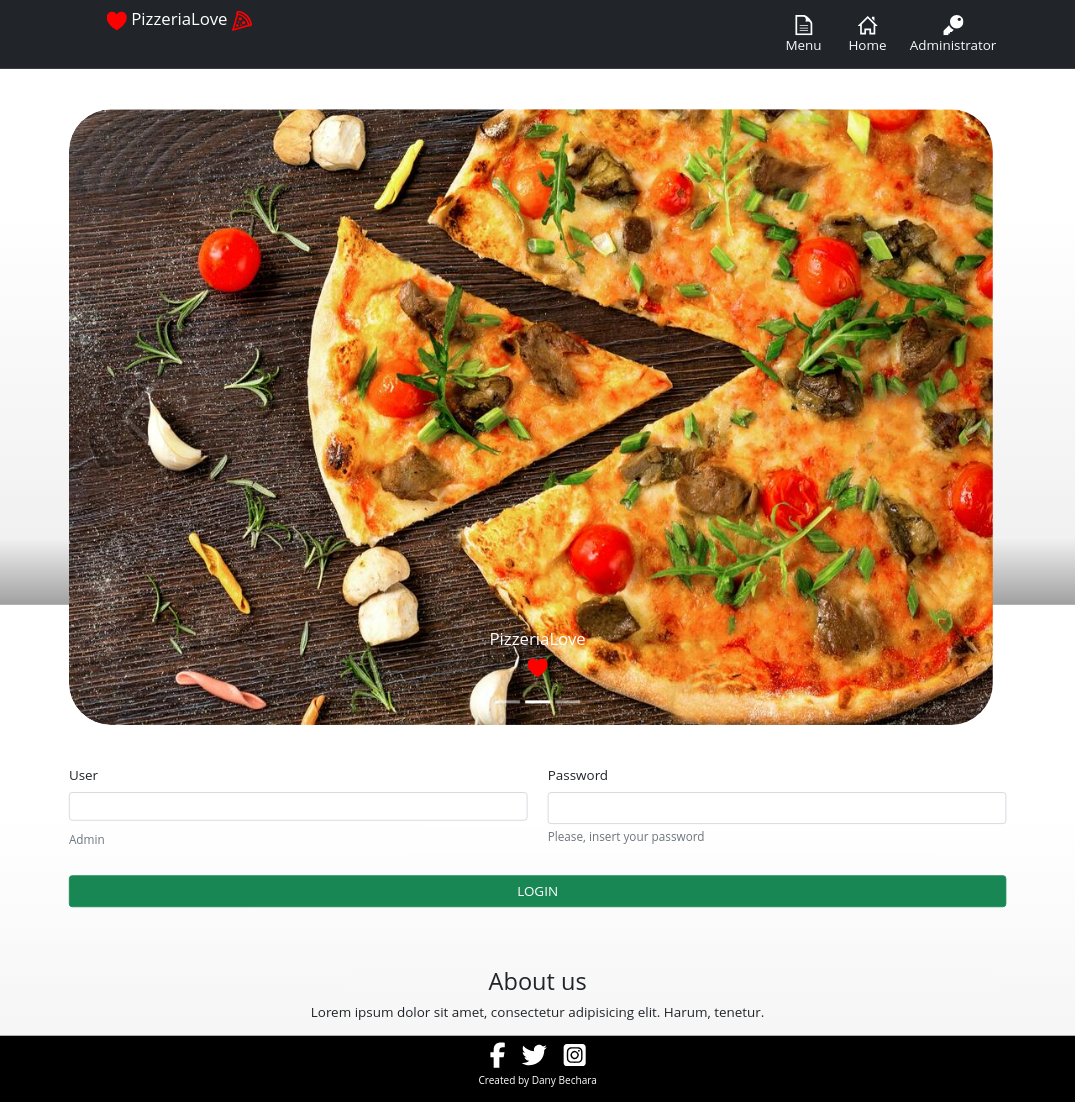
Repository: bechara611/PizzeriaLove
Page: /administrador
These files come from the project's save history. The page is drawn as it stood at one moment and after the next save; the edit follows.
The browser window is 1280 px wide. The pictures show the whole page, at 84% of full size.
The page's requests for data from a server got no answer. Backgrounds fixed to the window are drawn as part of the page. The project was rebuilt for these pictures with package versions that can differ from the ones it lists, and the page was loaded fresh each time. No one was signed in, and anything a server would have sent is missing. Also part of the build but not shown: src/App.css, src/App.js, src/Componentes/Menu.css, src/Firebase/Borrar.js, src/Componentes/Galeria.js, src/Componentes/Menu.js, src/Componentes/FormularioAgregarMenu.css, src/Elementos/Alerta.js and 1 more.

Above is the page before, as saved 2022-02-26 10:39:44.

### src/index.js
import React,{useState} from 'react';
import ReactDOM from 'react-dom';
import './index.css';
import 'bootstrap/dist/css/bootstrap.css'
import 'bootstrap/dist/js/bootstrap.bundle.min';
import Header from './Componentes/Header';
import {BrowserRouter,Route, Routes,NavLink} from 'react-router-dom'
import {App,App2} from './App';
import WebFont from 'webfontloader'
import './index.css'
import Carousel from './Componentes/Carousel';
import Menu from './Componentes/Menu';
import Footer from './Componentes/Footer';
import { FormularioAgregarMenu } from './Componentes/FormularioAgregarMenu';
import Galeria from './Componentes/Galeria';
import Descripcion from './Componentes/Descripcion';

WebFont.load({
  google: {
    families: ['Open Sans:400,500,700', 'Sans-serif']
  }
});

const Index = () => {
  const [administrador,cambiaradministrador]=useState(false);
  const [admin,cambiaradmin]=useState('');
  return (
  <BrowserRouter>
     <Header administrador={administrador} cambiaradministrador={cambiaradministrador} cambiaradmin={cambiaradmin} admin={admin}></Header>
   {admin==='admin' ? <h2 className='my-5 tittle text-dark text-center'>ADMIN</h2>:<></>}
     <Carousel></Carousel>

    <Routes>
    <Route path='/' element={<Menu borrar={false} />} ></Route>
    <Route path='/administrador' element={<FormularioAgregarMenu />} ></Route>
    <Route path='/inicio' element={<Menu borrar={false} />} ></Route>
    </Routes>

    <Descripcion></Descripcion>
    <Footer></Footer>
    </BrowserRouter>
    );
}


ReactDOM.render(

  <Index />,
  document.getElementById('root')
);

### src/index.css
* {
  margin: 0;
  font-family:'Open Sans';
  /* Permalink - use to edit and share this gradient: https://colorzilla.com/gradient-editor/#ffffff+0,ffffff+100&1+0,0+100;White+to+Transparent */



}


body
{
  background: rgb(255,255,255);
  background: linear-gradient(180deg, rgba(255,255,255,1) 0%, rgba(255,255,255,1) 35%, rgba(242,241,241,1) 89%, rgba(10,10,10,0.38699229691876746) 100%);

  background-attachment:fixed;
}

### src/Componentes/Header.js
import {NavLink} from 'react-router-dom'
import styled from 'styled-components';
import { BotonTipoNavLink,BotonTipoNavLinkA } from '../Elementos/BotonTipoNavLink';
import {Pizza2,Administrador2,Inicio2,Menu2,Contacto2,Heart2,Casita2}from '../Elementos/ImagenesSVG';
import {App,App2} from './../App';
import './Header.css'


const Header = ({cambiaradministrador,administrador,cambiaradmin}) => {
    let url1,urladmin;
    url1="/inicio";
    urladmin='/administrador'
      return (
        <>

        <nav className="navbar navbar-expand-sm navbar-dark bg-dark  header_nav">
        <div className="container contenedor1 text-center col-12 ">
        <div className='hijo1_header text-center col-12 col-sm-3 '>
         <BotonTipoNavLink to={url1} className="navbar-brand text-center  "> <Heart2 / > PizzeriaLove <Pizza2></Pizza2></BotonTipoNavLink>



        </div>
      <div className='hijo2_header text-center col-12 col-sm-3 '>
        <button
        className="navbar-toggler mt-2 col-12 col-sm-3 text-center"
        type="button"
        data-bs-toggle="collapse"
        data-bs-target="#menu"
        aria-controls="menu"
        aria-expanded="false"
        aria-label="Mostrar / Ocultar Menu"
      >
        <span className="navbar-toggler-icon   "></span>
      </button>

      <div className="collapse navbar-collapse   " id="menu">
      <ul className="navbar-nav me-auto mb-2 mb-lg-0 header_menu ">
      <li className="nav-item opcion"><a href="#menuu" className="nav-link text-light  opcion" onClick={()=>{cambiaradmin('usuario')}}><Menu2></Menu2> Menu</a></li>
        <li className="nav-item"><BotonTipoNavLinkA to={url1} className="nav-link text-light" onClick={()=>{cambiaradmin('usuario')}}><Casita2/> Home</BotonTipoNavLinkA></li>
        <li className="nav-item"><BotonTipoNavLink to={urladmin} className="nav-link text-light" onClick={()=>{cambiaradmin('admin')}}> <Administrador2 /> Administrator</BotonTipoNavLink></li>
      </ul>

    </div>
    </div>
        </div>

      </nav>

      </>
       );
    }

    export default Header;

### src/Componentes/Carousel.js
import { Heart2 } from '../Elementos/ImagenesSVG'
import imagen1 from './../Imagenes/carousel1.jpg'
import imagen2 from './../Imagenes/carousel2.jpg'
import imagen3 from './../Imagenes/carousel3.jpg'
import './Carousel.css'
const Carousel = () => {
    return (

        <>
<section className="main">
  <div className="container">
    <div className="row mt-5">
      <div className="col">
        <div className="carousel slide carousel-fade" id="mi-carousel" data-bs-ride="carousel">
          <div className="carousel-inner">
            <div className="carousel-item active">
            <div className="carousel-caption">
            <h5>PizzeriaLove</h5>
            <p><Heart2></Heart2></p>
          </div>
              <img className="img-fluid" src={imagen1} alt='' />
            </div>

            <div className="carousel-item" data-bs-interval="5000">
              <div className="carousel-caption">
                <h5>PizzeriaLove</h5>
                <p><Heart2></Heart2></p>
              </div>
              <img className="img-fluid" src={imagen2}  alt=''/>
            </div>
            <div className="carousel-item">
            <div className="carousel-caption">
            <h5>PizzeriaLove</h5>
            <p><Heart2></Heart2></p>
          </div>
            <img className="img-fluid" src={imagen3} alt='' />
            </div>
          </div>



          <button
            className="carousel-control-prev botonprev"
            type="button"
            data-bs-target="#mi-carousel"
            data-bs-slide="prev"
          >
            <span className="carousel-control-prev-icon  icono" aria-hidden="true"></span>
            <span className="visually-hidden">Prev</span>
          </button>
          <button
            className="carousel-control-next"
            type="button"
            data-bs-target="#mi-carousel"
            data-bs-slide="next"
          >
            <span className="carousel-control-next-icon icono" aria-hidden="true"></span>
            <span className="visually-hidden">Next</span>
          </button>




          <div className="carousel-indicators">
            <button
              type="button"
              className="active"
              data-bs-target="#mi-carousel"
              data-bs-slide-to="0"
              aria-label="Slide 1"
            ></button>
            <button
              type="button"
              className=""
              data-bs-target="#mi-carousel"
              data-bs-slide-to="1"
              aria-label="Slide 2"
            ></button>
            <button
              type="button"
              className=""
              data-bs-target="#mi-carousel"
              data-bs-slide-to="2"
              aria-label="Slide 3"
            ></button>
          </div>
        </div>
      </div>
    </div>
  </div>

</section>


        </>
     );
}

export default Carousel;

### src/Componentes/Footer.js
import styled from "styled-components";
import './Footer.css'
import { FontAwesomeIcon } from '@fortawesome/react-fontawesome'
import { faCoffee } from '@fortawesome/free-solid-svg-icons'
import {  faFacebookF,faInstagramSquare,faTwitter } from '@fortawesome/free-brands-svg-icons';
import useObtenerMenu from "../Hooks/useObtenerMenu";


const Footer = () => {
    let face='https://www.facebook.com';
    let insta='https://www.instagram.com';
    let twitter='https://www.twitter.com';
    let nuevaPestana="_blank"

    return (
        <>
        <div className="container-fluid " >
        <div className="row fila">
        <footer className="col-12 footer">
        <a href={face} target={nuevaPestana} className='face'><FontAwesomeIcon icon={faFacebookF}/></a>
        <a href={twitter} target={nuevaPestana} className='twitter'><FontAwesomeIcon icon={faTwitter}/></a>
        <a href={insta} target={nuevaPestana} className='instagram'><FontAwesomeIcon icon={faInstagramSquare}/></a>

        </footer>
        <p className="col-12">Created by Dany Bechara</p>
        </div>
        </div>
        </>
     );
}

export default Footer;

### src/Componentes/FormularioAgregarMenu.js
import './FormularioAgregarMenu.css'
import React,{useEffect,useState} from 'react'
import styled from 'styled-components'
import { db,app } from '../Firebase/FirebaseConfig';
import { addDoc,collection } from 'firebase/firestore';
import Alerta from '../Elementos/Alerta';
import Menu from './Menu';
import AlertaRed from '../Elementos/AlertaRed';




const FormularioAgregarMenu = () => {
    const [platos2,cambiarplatos2]=useState([{}])
    const [precio,cambiarPrecio]=useState('');
    const [categoria,cambiarCategoria]=useState('');
    const [plato,cambiarPlato]=useState('');
    const [AlertaGenerada,CambiarAlertaGenerada]=useState(false);
    const [acceder,CambiarAcceder]=useState(false);
    const [usuario,cambiarUsuario]=useState('');
    const [clave,cambiarClave]=useState('');
    const [Alerta2,cambiarAlerta]=useState(false);

    const Registrar =async () => {
        try {
            await addDoc(collection(db,'menu'),
        {
            categorias:categoria,
            plato:plato,
            precio:precio
        })
        cambiarPlato('');
        cambiarCategoria('');
        cambiarPrecio('')
        CambiarAlertaGenerada(false);
        } catch (error) {
            console.log(error)
        }

    }



    return (
        <>
        {Alerta2===true
        ?
        <AlertaRed CambiarAlertaGenerada={cambiarAlerta}></AlertaRed>
        :
        <></>
        }
        {acceder===false ?


            <div className="container ">

            <form action="" className='py-5 ' onSubmit={(e)=>{
                e.preventDefault();
                if(clave==='123456' && usuario.toUpperCase()==='ADMIN'  )
                {
                    CambiarAcceder(true);
                }else
                {
                    cambiarAlerta(true);
                }
            }}>
            <div className="row">

            <div className="col-6">
            <label htmlFor="correo" className="form-label">User</label>
            <input type="text" value={usuario} name="usuario" id="usuario" className='form-control py-1 usuario ' aria-describedby='usuario' onChange={((e)=>{

                cambiarUsuario(e.target.value)
            })} />
            <div id="usuario" className="form-text py-2">
             Admin
            </div>
            </div>

            <div className="col-6">
            <label htmlFor="password" className="form-label">Password</label>
            <input type="password" value={clave} name="password" id="password" className='form-control' aria-describedby='password' onChange={(e)=>{
                cambiarClave(e.target.value);
            }} />
            <div id="password" className="form-text">
             Please, insert your password
            </div>
            </div>
            </div>


            <div className="row">
            <div className="col-12 my-4">  <button type='submit' className=' btn btn-success col-12'>LOGIN</button></div>
            </div>



            </form>
            </div>
            :
            <></>
        }






       {acceder===true ?
         <>
         <div className="container my-5 contenedor_formulario">
     <h2 className='my-3 text-center'>Create a new pizza</h2>
     {AlertaGenerada && <Alerta CambiarAlertaGenerada={CambiarAlertaGenerada} valorr={3}></Alerta>}
        <form action="" className='' onSubmit={(e)=>{
            e.preventDefault();
            Registrar();
        }}>
        <div className="row">
        <div className="col-12">
        <label htmlFor='plato' className="form-label">New plate</label>
            <input value={plato} required type="text" className='form-control' name="plato" id="plato" aria-describedby='ayuda-plato'
            onChange={(e)=>{
                cambiarPlato(e.target.value.toUpperCase())
            }}/>
            <div id="ayuda-plato" className="form-text">
            Please, insert the new plate.
            </div>
            </div>
            <div className="col-6">
            <label htmlFor='categorias' className="form-label">Category</label>
            <input required value={categoria} type="text" className='form-control' name="categorias" id="categorias" aria-describedby='ayuda-categorias'
            onChange={(e)=>{
                cambiarCategoria(e.target.value.toUpperCase())
            }} />
            <div id="ayuda-plato" className="form-text">
            Please, insert the categoria.
            </div>
            </div>
            <div className="col-6">
            <label htmlFor='precio' className="form-label">Price</label>
            <input required value={precio} type="text" className='form-control' name="precio" id="precio" aria-describedby='ayuda-number'
             onChange={(e)=>{
                cambiarPrecio(e.target.value.replace(/[^0-9.]/g,''));
            }}/>
            <div id="ayuda-number" className="form-text">
            Please, insert the price.
            </div>

            </div>




        </div>
        <div className="row">
        <div className="col-12 my-4">  <button type='submit' className=' btn btn-primary col-12' onClick={()=>{

        }}>INSERT</button></div>
        </div>
            </form>
        </div>

        <Menu borrar={true}></Menu>

        <div className="row">
        <div className="col-12 d-flex justify-content-center py-5">
        <button className='btn btn-danger col-4 ' onClick={()=>{
            CambiarAcceder(false)
            cambiarUsuario('')
            cambiarClave('')
        }}>Logout</button>
        </div>
        </div>
         </>
         :
          <></>}

        </>
         );

}

export {FormularioAgregarMenu}

### src/Componentes/Descripcion.js
const Descripcion = () => {
    return (
        <>
        <div className="container">
        <div className="row">
        <div className="col text-center">
        <h3>About us</h3>
        <p>Lorem ipsum dolor sit amet, consectetur adipisicing elit. Harum, tenetur.</p>
        </div>
        </div>
        </div>
        </>
     );
}

export default Descripcion;

### src/Elementos/BotonTipoNavLink.js
import styled from "styled-components"
import { NavLink } from "react-router-dom"
    const BotonTipoNavLink = styled(NavLink)`
    &:hover
    {
      text-decoration: underline;
      color: black;
    }
    `

    const BotonTipoNavLinkA=styled(BotonTipoNavLink)`
    text-decoration: none;
      color: black;
      cursor:pointer;
    `
    export {BotonTipoNavLink,BotonTipoNavLinkA}

### src/Elementos/ImagenesSVG.js
import styledComponents from 'styled-components';
import {ReactComponent as Pizza} from './../Imagenes/Pizza.svg'
import {ReactComponent as Inicio} from './../Imagenes/Inicio.svg'
import {ReactComponent as Menu} from './../Imagenes/Menu.svg'
import {ReactComponent as Administrador} from './../Imagenes/Administrador.svg'
import {ReactComponent as Contacto} from './../Imagenes/Contacto.svg'
import {ReactComponent as Heart} from './../Imagenes/Heart.svg'
import {ReactComponent as Trash} from './../Imagenes/Trash.svg'
import {ReactComponent as Casita} from './../Imagenes/Casa.svg'

const Pizza2 = styledComponents(Pizza)`
font-size:10px;
z-index: 1;
color:white;
fill:red;

`;
const Inicio2 = styledComponents(Inicio)`
font-size:10px;
z-index: 1;
color:white;
fill:white;

`;

const Casita2=styledComponents(Casita)`
font-size:10px;
z-index: 1;
color:white;
fill:white;
`

const Menu2 = styledComponents(Menu)`
font-size:10px;
z-index: 1;
color:white;
fill:white;

`;
const Administrador2 = styledComponents(Administrador)`
font-size:10px;
z-index: 1;
color:white;
fill:white;

`;

const Contacto2 = styledComponents(Contacto)`
font-size:10px;
z-index: 1;
color:white;
fill:white;

`;

const Heart2 = styledComponents(Heart)`
font-size:10px;
z-index: 1;
color:white;
fill:red;

`;

const Trash2=styledComponents(Trash)`
fill:blue;
cursor:pointer;
`

export {Pizza2,Administrador2,Inicio2,Menu2, Contacto2,Heart2,Trash2,Casita2}

### src/Componentes/Header.css

*{
   box-sizing: border-box;
   margin: 0;
   padding: 0;


}
.header_nav2
{
    /* margin-top: -8px; */
    background: -moz-linear-gradient(top,  rgba(211,126,128,1) 0%, rgba(146,171,207,0) 76%, rgba(134,179,222,0) 90%, rgba(125,185,232,0) 100%); /* FF3.6-15 */
background: -webkit-linear-gradient(top,  rgba(211,126,128,1) 0%,rgba(146,171,207,0) 76%,rgba(134,179,222,0) 90%,rgba(125,185,232,0) 100%); /* Chrome10-25,Safari5.1-6 */
background: linear-gradient(to bottom,  rgba(211,126,128,1) 0%,rgba(146,171,207,0) 76%,rgba(134,179,222,0) 90%,rgba(125,185,232,0) 100%); /* W3C, IE10+, FF16+, Chrome26+, Opera12+, Safari7+ */
filter: progid:DXImageTransform.Microsoft.gradient( startColorstr='#d37e80', endColorstr='#007db9e8',GradientType=0 ); /* IE6-9 */


}
body
{
    /* background: url(./../Imagenes/textura.png);
	background-repeat: repeat;
	background-attachment: fixed; */
}

.nav
{


}

.contenedor12
{

    /* min-height: 300px;  */
}

.hijo1_header
{
    align-self: start;
    /* margin-top: 2%; */

}
.hijo2_header
{
    /* margin-top: 2%; */
    align-self: start;
}
.header_menu
{

}

.opcion
{
text-decoration: dotted;
display: inline-block;
opacity: 1;

}



.opcion:hover
{
    text-decoration: underline;
}

.opcion:link
{
color: green;
}

### src/Componentes/Carousel.css
.carousel-inner{border-radius: 50px;}
.carousel-item{border-radius: 50px;}
.img-fluid{border-radius: 50px;}
.icono {
    height: 100px;
    width: 100px;

      /*shape border*/

      opacity: 0.3;
      /*symbol */




}
.icono:hover{opacity: 1;}

### src/Firebase/FirebaseConfig.js
import { initializeApp } from "firebase/app";
import { getAnalytics } from "firebase/analytics";
import { getFirestore } from "firebase/firestore";
import { getAuth, createUserWithEmailAndPassword } from "firebase/auth";

const firebaseConfig2 = {
    apiKey: "AIzaSyDhYuWK_8Uy4S-BtkFmFfityIjQnt4M3Is",
    authDomain: "pizzerialove-00.firebaseapp.com",
    projectId: "pizzerialove-00",
    storageBucket: "pizzerialove-00.appspot.com",
    messagingSenderId: "356504995914",
    appId: "1:356504995914:web:c5fee404edbf5f32affeb3",
    measurementId: "G-CK1N9HMEKD"
  };


    const firebaseConfig = {
      apiKey:process.env.REACT_APP_FIREBASE_API_KEY,
      authDomain:process.env.REACT_APP_FIREBASE_AUTH_DOMAIN,
      projectId:process.env.REACT_APP_FIREBASE_PROJECT_ID,
      storageBucket:process.env.REACT_APP_FIREBASE_STORAGE_BUCKET,
      messagingSenderId:process.env.REACT_APP_FIREBASE_MESSAGING_SENDER_ID,
      appId:process.env.REACT_APP_FIREBASE_APP_ID,
      measurementId:process.env.REACT_APP_FIREBASE_MEASUREMENT_ID
    };



// Initialize Firebase
const app = initializeApp(firebaseConfig);
const analytics = getAnalytics(app);
const db= getFirestore();
const auth=getAuth();

export {app,analytics,db,auth};

### src/Hooks/useObtenerMenu.js
import React,{useEffect,useState} from 'react'
import { db } from '../Firebase/FirebaseConfig';
import { collection,onSnapshot } from 'firebase/firestore';

const useObtenerMenu = () => {
    const [platos,cambiarplatos]=useState([{}])
    useEffect(()=>{

            const FuncionObtenerMenu=onSnapshot(collection(db,'menu'), (snapShot)=>{

               let vectormenu=snapShot.docs.map((documento)=>{
                  // console.log(documento.id)
                    return {...documento.data(),id:documento.id}
                })
              //  console.log(vectormenu);
              cambiarplatos([{}])
                cambiarplatos(vectormenu)
            })




            return FuncionObtenerMenu;
          },[])
          return [platos,cambiarplatos]
}

export default useObtenerMenu;

### src/Componentes/Footer.css
.footer
{
    display: flex;
    flex-direction: row;
    justify-content: center;

}
.fila
{
    display: flex;
    justify-content: center;
    text-align: center;
    background: black;
    font-size: 12px;
}
.fila p
{

color: white;
}
.footer a{
    text-decoration: none;
font-size: 30px;
display: inline-block;
color: white;
margin: 0 10px;
}
.face:hover{color: blue;}
.twitter:hover{color: lightblue;}
.instagram:hover{color:#fcaf45}

### src/Componentes/Galeria.css
.cardcita{
   border-radius: 100px;
    max-width: 300px;
    min-width: 200px;
    min-height: 300px;
    max-height: 300px;


}

.cardcitaImagen
{
    border-radius: 15px;
    max-width: 300px;
    min-width: 200px;
    min-height: 300px;
    max-height: 300px;

   opacity: .7;


}
.cardcitaImagen:hover{
    opacity: 1;

}
.usuario{text-transform: uppercase;}
@keyframes colores
{
/*from{background: #9EB3C2;}
to{background:#21295C ;}*/
0%{min-height: 500px;}
25%{min-height: 520;}
50%{min-height: 530px;}
75%{min-height: 520;}
100%{min-height: 500;}
}

.centrar{
    text-align: center;
    display: flex;
    justify-content: center;
align-items: center;
}

Loaded but not shown: public/index.html (common file)

After the next save:
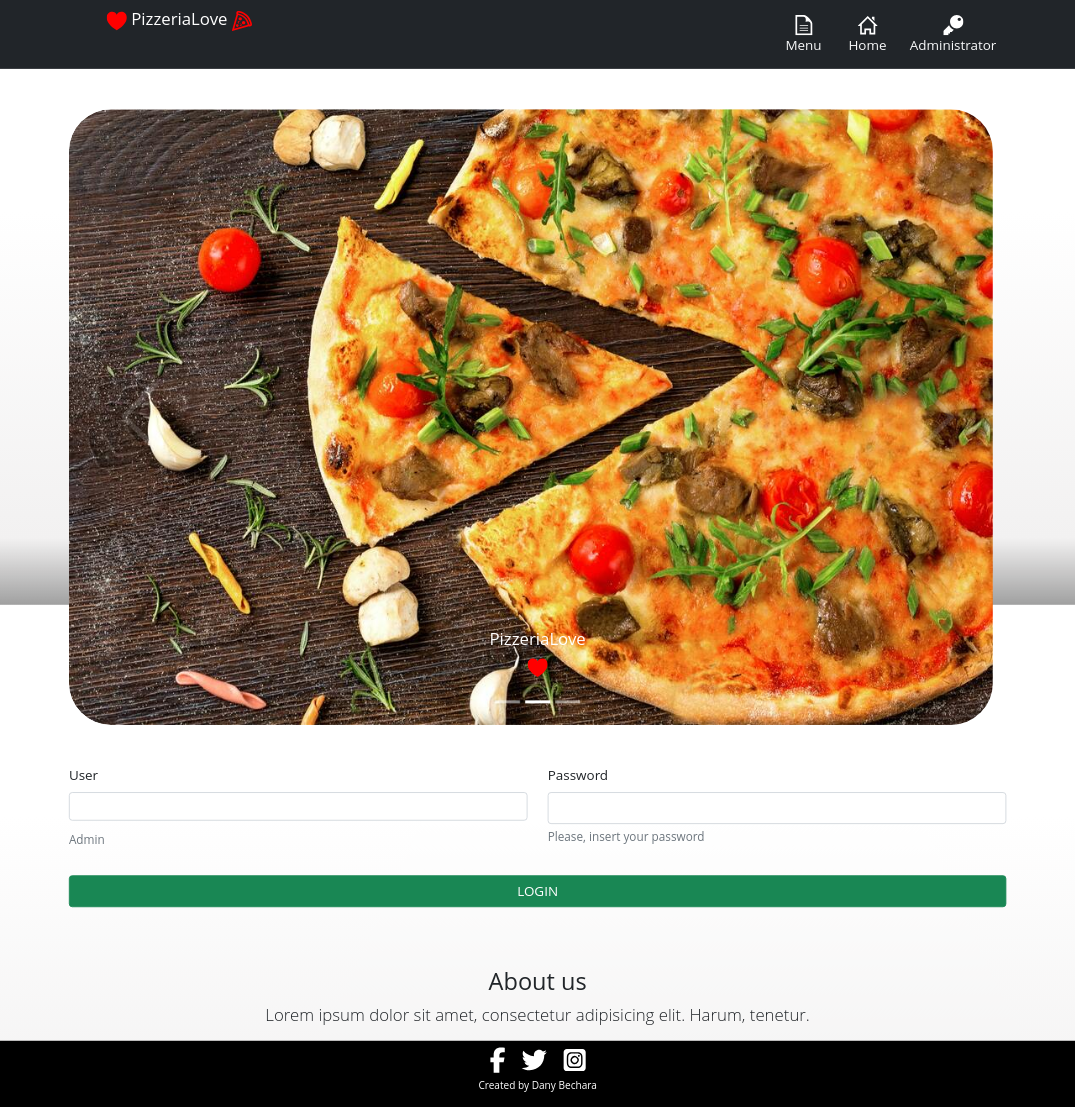
Saved 23 s later.
--- a/src/Componentes/Descripcion.js
+++ b/src/Componentes/Descripcion.js
@@ -5,7 +5,7 @@ const Descripcion = () => {
         <div className="row">
         <div className="col text-center">
         <h3>About us</h3>
-        <p>Lorem ipsum dolor sit amet, consectetur adipisicing elit. Harum, tenetur.</p>
+        <p className="lead">Lorem ipsum dolor sit amet, consectetur adipisicing elit. Harum, tenetur.</p>
         </div>
         </div>
         </div>
